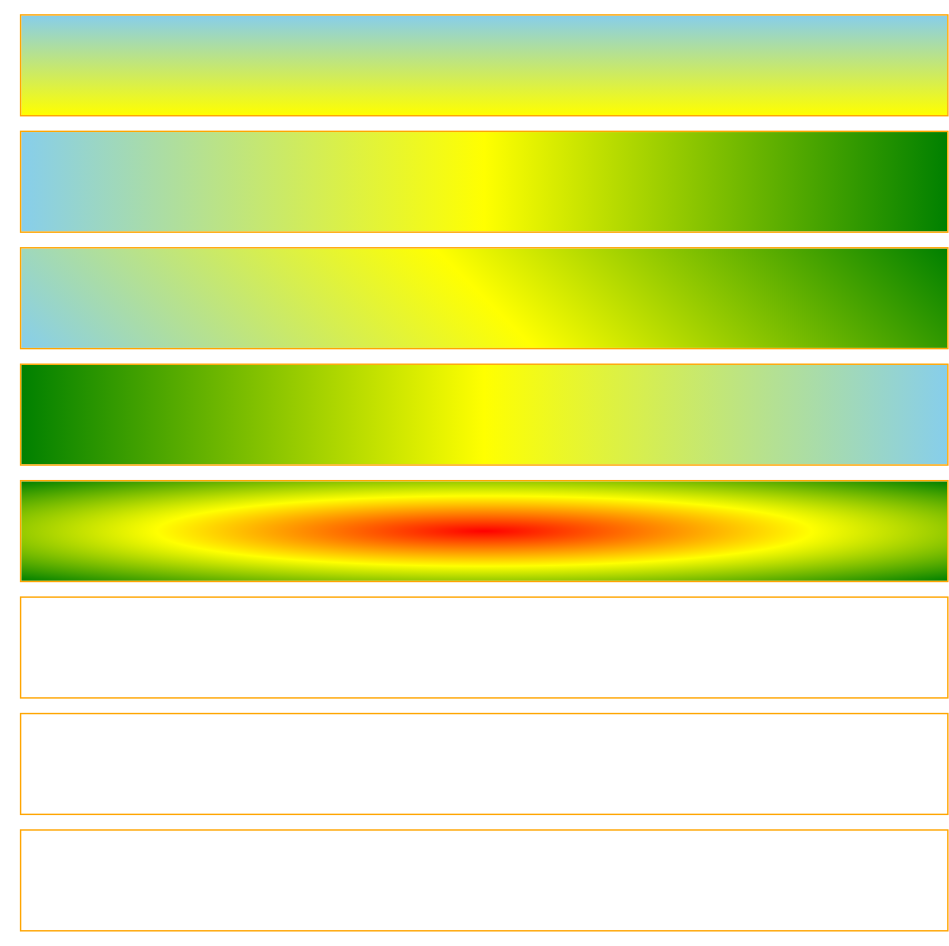
Repository: yul3220/WebProgrammingLecture
Page: webpro/WebContent/2021-01-08/백그라운드gradient.html
These files come from the project's save history. The page is drawn as it stood at one moment and after the next save; the edit follows.
The browser window is 1280 px wide. The page is 1336 px wide, so the pictures cover 1336 px, including what lies to the right of the window. The pictures show the whole page, at 71% of full size.

Above is the page before, as saved 2021-01-08 03:21:57.

### webpro/WebContent/2021-01-08/백그라운드gradient.html
<!DOCTYPE html>
<html>
<head>
<meta charset="UTF-8">
<title>Insert title here</title>
<style>
div{
	width : 100%;
	height : 100px;
	border : 2px solid orange;
	padding : 20px;
	margin : 20px;
}
#d1{
	background-image : linear-gradient(skyblue, yellow);
}
#d2{
	background-image : linear-gradient(to right, skyblue, yellow, green);
}
#d3{
	background-image : linear-gradient(45deg, skyblue, yellow, green);
	/*각도도 지정 가능 deg*/
}
#d4{
	background-image : linear-gradient(-90deg, skyblue, yellow,green);
}
#d5{
	background-image : radial-gradient(red, yellow, green);
}
#d6{
	background-image : radial-gradient(circle red, yellow, green);
}
</style>
</head>
<body>
<div id="d1">
</div>

<div id="d2">
</div>

<div id="d3">
</div>

<div id="d4">
</div>

<div id="d5">
</div>

<div id="d6">
</div>

<div id="d7">
</div>

<div id="d8">
</div>
</body>
</html>

After the next save:
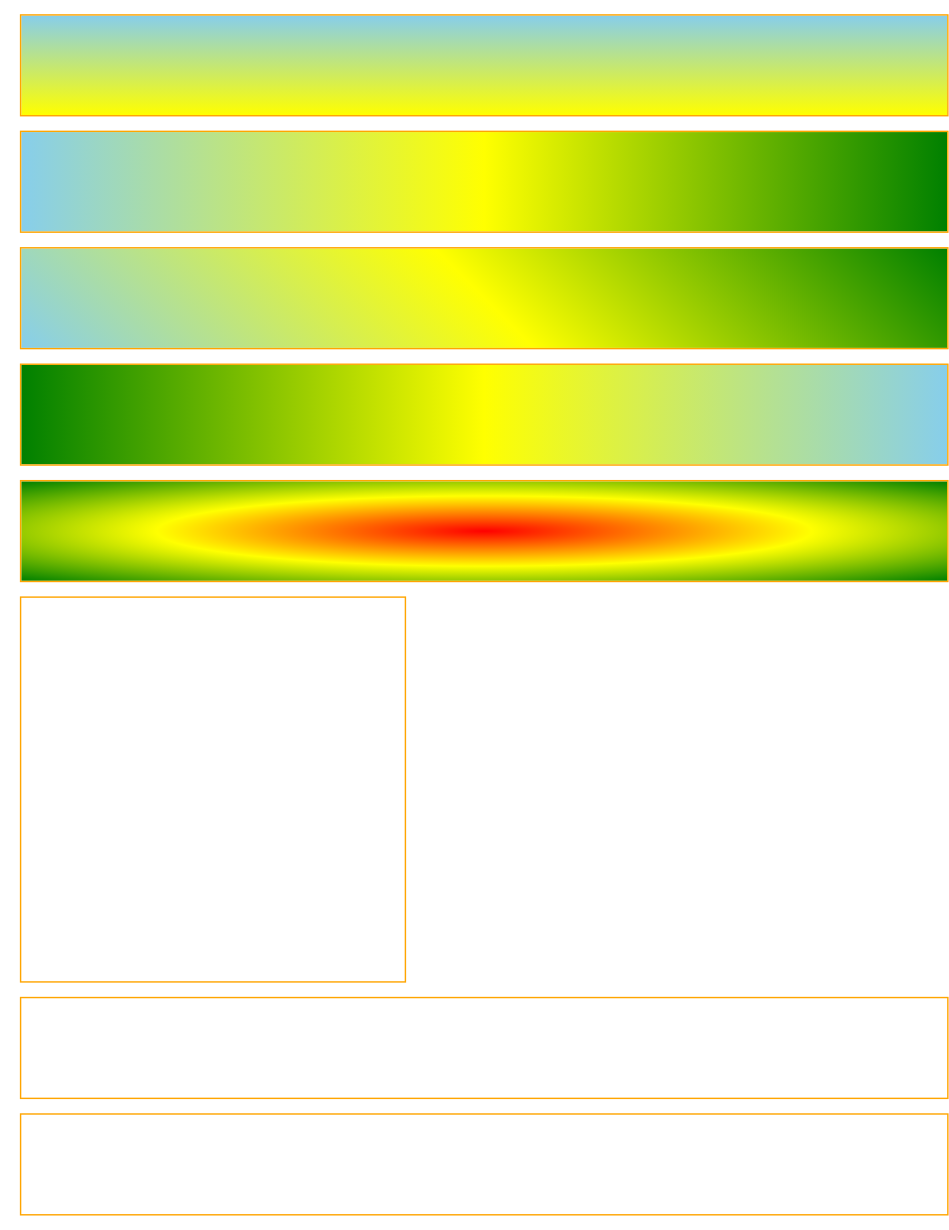
Saved 23 s later.
--- a/webpro/WebContent/2021-01-08/백그라운드gradient.html
+++ b/webpro/WebContent/2021-01-08/백그라운드gradient.html
@@ -28,6 +28,8 @@ div{
 	background-image : radial-gradient(red, yellow, green);
 }
 #d6{
+	width : 500px;
+	height : 500px;
 	background-image : radial-gradient(circle red, yellow, green);
 }
 </style>
